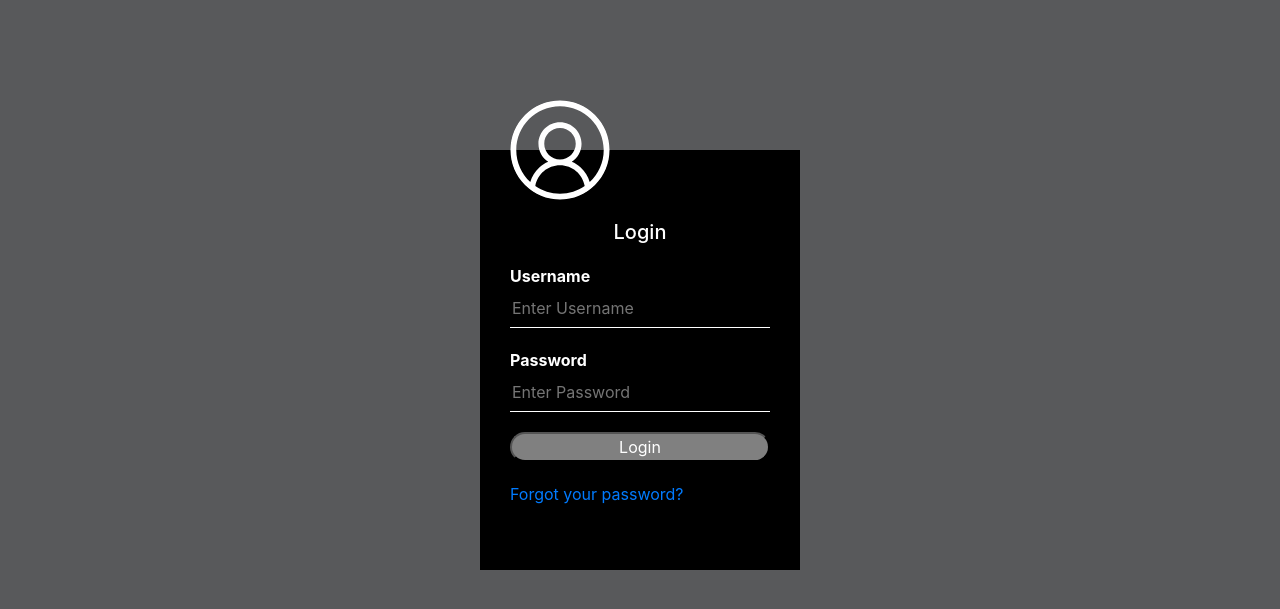
Repository: Lovekr/stylester
Page: stylster_frontend_design/login.html
The author's editor kept a copy of each file at every save. The page is drawn from the files as they stood at one save, then again after the next save.
The browser window is 1280 px wide. The pictures show the whole page.
The pointer rests on the first visible `.loginbox input[type="submit"]`.

Above is the page before, as saved 2020-03-09 12:35:45.

### stylster_frontend_design/login.html
<!DOCTYPE html>
<html lang="en">
<head>

    <meta charset="UTF-8">
    <meta name="viewport" content="width=device-width, initial-scale=1.0">
    <link rel="stylesheet" href="https://stackpath.bootstrapcdn.com/bootstrap/4.4.1/css/bootstrap.min.css" >
     <link rel="stylesheet" href="./css/owl.carousel.css">
     <link rel="stylesheet" href="./css//owl.theme.default.min.css">
     <link rel="stylesheet" href="https://cdnjs.cloudflare.com/ajax/libs/font-awesome/4.7.0/css/font-awesome.min.css">
     <link rel="stylesheet" href="./css/login.css">
    <title>STYLSTER</title>
</head>
<body>
     <div class="loginbox">
         <img src="./asset/login icon svg white-01.svg" class="loginicon">
         <h1>Login</h1>
         <form>
             <p>Username</p>
             <input type="text" name="" placeholder="Enter Username">
             <p>Password</p>
             <input type="password" name="" placeholder="Enter Password">
             <input type="submit" name="" value="Login">
             <a href="#">Forgot your password?</a>
         </form>
     </div>










</body>
</html>

### stylster_frontend_design/css/login.css
body {
    margin: 0;
    padding: 0;
    background-color: #58595b;
    background-size: cover;
    background-position: center;
}
.loginbox {
    width: 320px;
    height: 420px;
    background: #000;
    color: #fff;
    position: absolute;
    top:50%;
    left:50%;
    transform: translate(-50%, -50%);
    box-sizing: border-box;
    padding: 70px 30px;
}
.loginicon {
    width: 100px;
    height: 100px;
    border-radius: 50%;
    position: absolute;
    top: -50px;
    left: calc(-50%, 50px);
}
h1 {
    margin:0;
    padding: 0 0 20px;
    text-align: center;
    font-size: 20px;
}
.loginbox p{
    margin: 0;
    padding: 0;
    font-weight: bold;
}
.loginbox input{
    width: 100%;
    margin-bottom: 20px;
}
.loginbox input[type="text"], input[type="password"]
{
    border: none;
    border-bottom: 1px solid #fff;
    background: transparent;
    outline: none;
    height: 40px;
}
.loginbox input[type="submit"]
{
    border-radius: 20px;
}
.loginbox input[type="submit"]:hover
{
    cursor: pointer;
    background:grey;
    color: white;
}

Loaded but not shown: stylster_frontend_design/css/owl.carousel.css (library); stylster_frontend_design/css/owl.theme.default.min.css (common file)

After the next save:
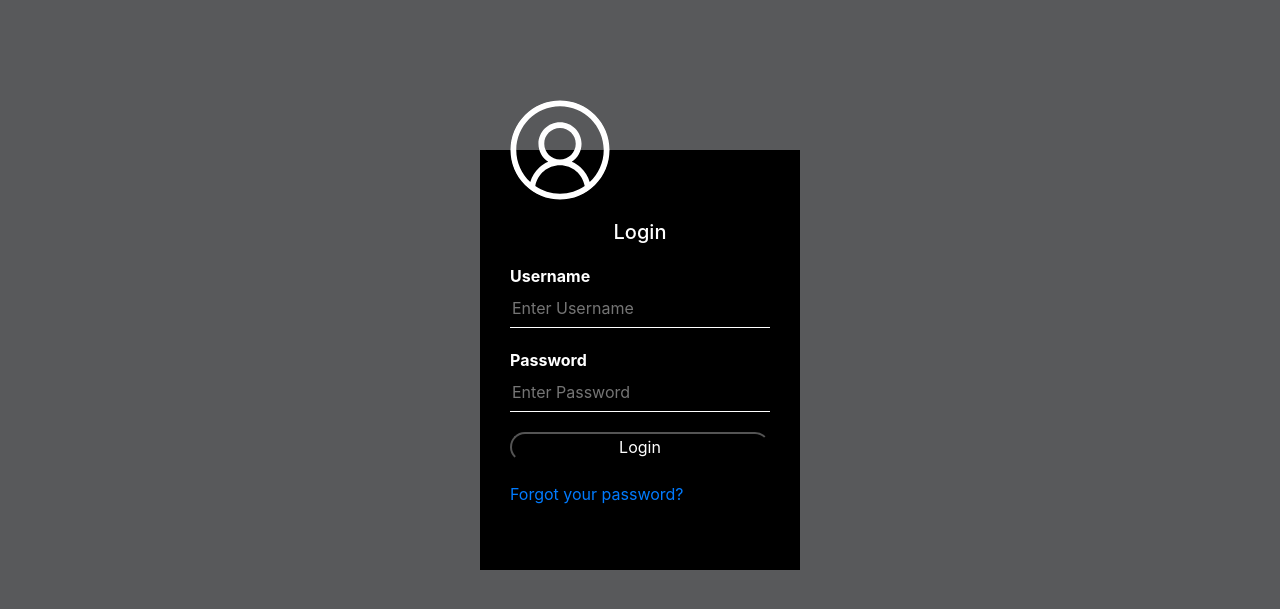
Saved 16 s later.
--- a/stylster_frontend_design/css/login.css
+++ b/stylster_frontend_design/css/login.css
@@ -55,6 +55,6 @@ h1 {
 .loginbox input[type="submit"]:hover
 {
     cursor: pointer;
-    background:grey;
+    background:black;
     color: white;
 }
